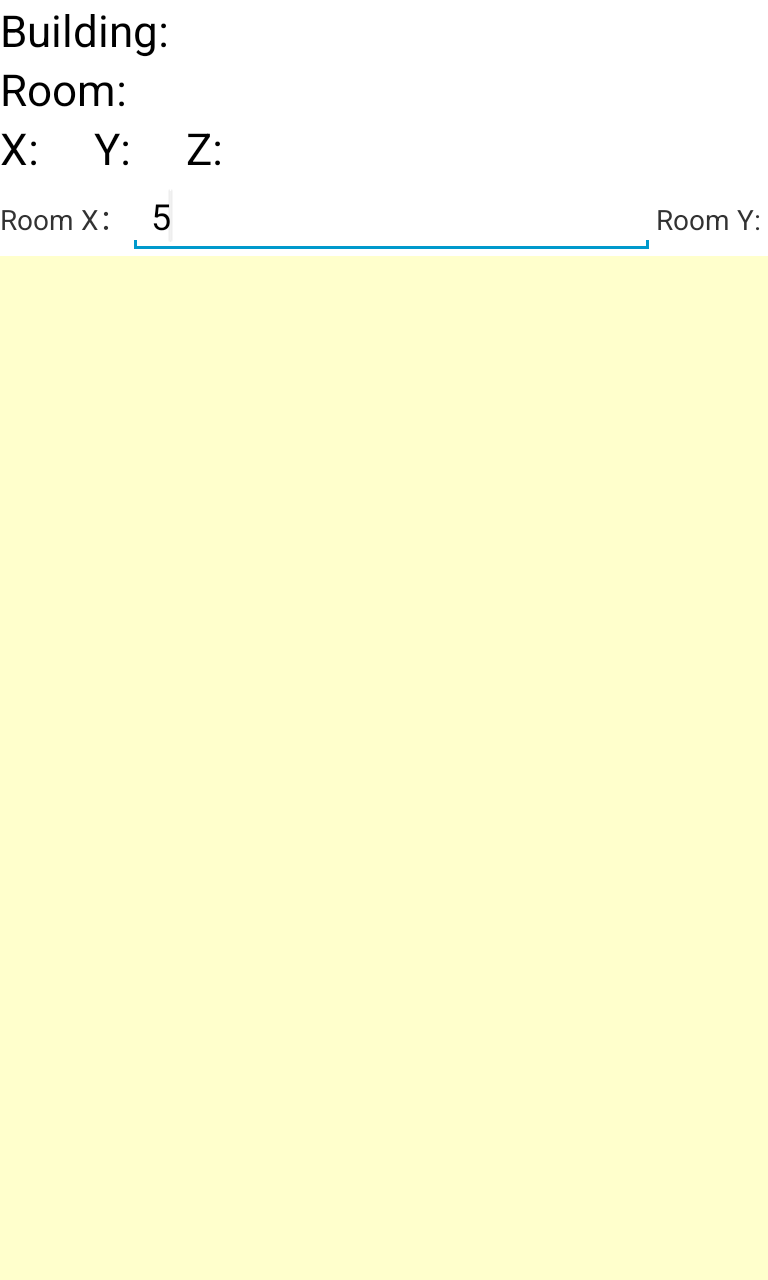
Repository: RenchuSong/tMap_Android
Layout: tmap_model_tool/res/layout/locating.xml
The author's editor kept a copy of each file at every save. The layout is drawn from the files as they stood at one save, then again after the next save.
It is drawn on a 768 x 1280 px phone screen (xhdpi) without system bars, with theme AppTheme; the app's code is not run.

Above is the layout before, as saved 2014-05-11 22:33:21.

After the next save:
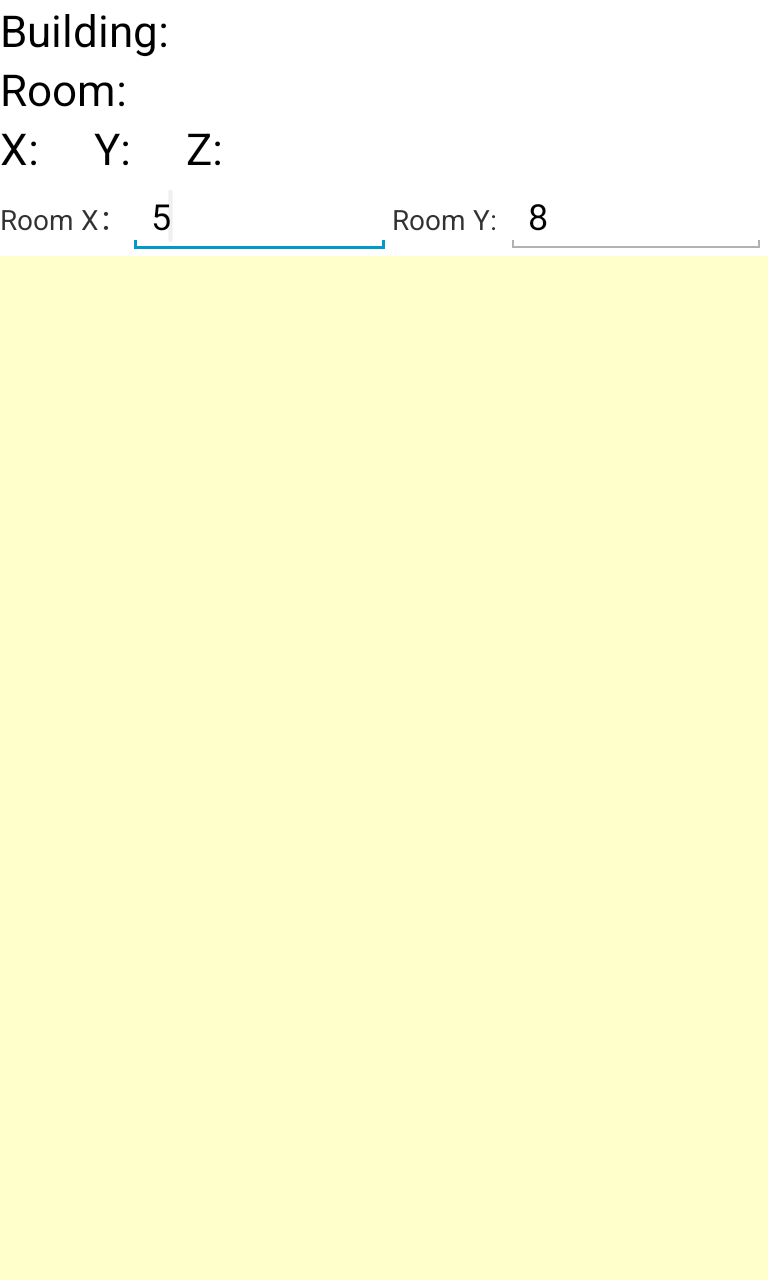
Saved 43 s later.
--- a/tmap_model_tool/res/layout/locating.xml
+++ b/tmap_model_tool/res/layout/locating.xml
@@ -36,7 +36,7 @@
             android:text="Room X："/>
 
         <EditText
-            android:id="@+id/editText1"
+            android:id="@+id/xRange"
             android:layout_width="wrap_content"
             android:layout_height="wrap_content"
             android:layout_weight="1"
@@ -52,6 +52,14 @@
             android:layout_height="wrap_content"
             android:text="Room Y: " />
 
+        <EditText
+            android:id="@+id/yRange"
+            android:layout_width="wrap_content"
+            android:layout_height="wrap_content"
+            android:layout_weight="1"
+            android:ems="10"
+            android:text="8" />
+
     </LinearLayout>
 
     <RelativeLayout
